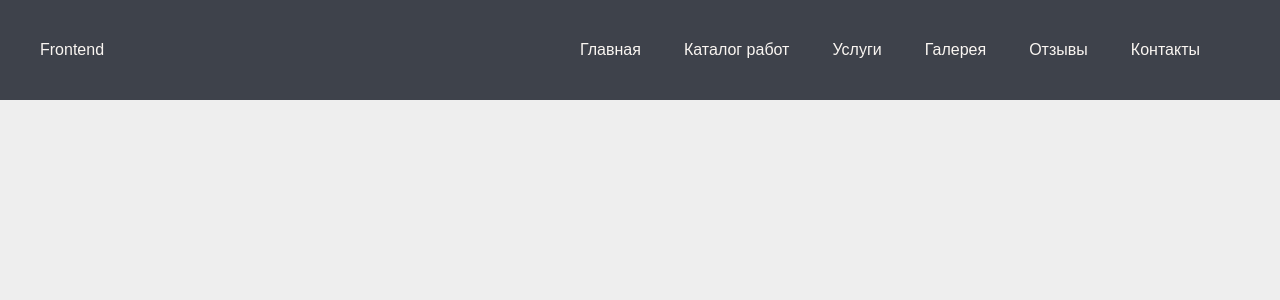
Repository: mnats725/art-drop
Page: index.html
An editor plug-in stored every save of this project. The page is shown before and after a run of saves, followed by the edit.
The browser window is 1280 px wide. The pictures show the whole page.

Above is the page before, as saved 2024-05-20 19:47:49.

### index.html
<!DOCTYPE html>
<html lang="en">
<head>
    <meta charset="UTF-8">
    <meta http-equiv="X-UA-Compatible" content="IE=edge">
    <meta name="viewport" content="width=device-width, initial-scale=1.0">
    <link rel="icon" href="https://i.ibb.co/GP3dyzw/IMG-6199.jpg">
    <title>Frontend-кейс</title>
    <link rel="stylesheet" href="./css/style.css">
</head>
<body>
    <div class="wrapper">
        <header class="header">
            <!-- Шапка -->
            <div class="logo">
                <span>Frontend</span>
            </div>
            <!-- Меню сайта -->
            <nav class="nav">
                <ul>
                    <li>Главная</li>
                    <li>Каталог работ</li>
                    <li>Услуги</li>
                    <li>Галерея</li>
                    <li>Отзывы</li>
                    <li>Контакты</li>
                </ul>
            </nav>
            <!-- Иконка бургерменю -->
            <div class="burger">
                <span></span>
            </div>
        </header>
    </div>
    <script>
        document.querySelector('.burger').addEventListener('click', function() {
            this.classList.toggle('active');
            document.querySelector('.nav').classList.toggle('open');
        })
    </script>
</body>
</html>

### css/style.css
html, body {
    height: 100%;
    width: 100%;
}

body {
    display: flex;
    flex-direction: column;
    font-family: Arial, "Helvetica Neue", Helvetica, sans-serif;
    background-color: #eee;
}

*{
    padding: 0;
    margin: 0;
    box-sizing: border-box;
}

.wrapper{
    flex-grow: 1;
}

.open{
    display: flex !important;
}

.header{
    display: flex;
    align-items: center;
    justify-content: space-between;
    min-height: 100px;
    background-color: #3E424B;
    color: #FAF6F2;
    padding: 0 40px;
}


.nav{
    display: flex;
    width: 700px;
    padding: 0 40px;
}

.nav ul{
    width: 100%;
    list-style: none;
    display: flex;
    justify-content: space-between;
}

.burger{
    display: none;
    position: relative;
    z-index: 50;
    align-items: center;
    justify-content: flex-end;
    width: 30px;
    height: 18px;
}

.burger span{
    height: 2px;
    width: 80%;
    transform: scale(1);
    background-color: #FAF6F2;
}

.burger::before, .burger::after{
    content: '';
    position: absolute;
    height: 2px;
    width: 100%;
    background-color: #FAF6F2;
    transition: all 0.3s ease 0s;
}

.burger::before { top: 0 }

.burger::after { bottom: 0 }


/* Добавляем класс active для анимации иконки бургера */
.burger.active span { transform: scale(0) }

.burger.active::before{
    top: 50%;
    transform: rotate(-45deg) translate(0, -50%);
}

.burger.active::after{
    bottom: 50%;
    transform: rotate(45deg) translate(0, 50%);
}


/* При разрешении экрана 900px и ниже, выводим на экран иконку бургера */
@media (max-width: 900px) {

    .burger { display: flex }

    .nav{
        display: none;
        flex-direction: column;
        position: fixed;
        height: 100%;
        width: 100%;
        top: 0; bottom: 0; left: 0; right: 0;
        z-index: 50;
        overflow-y: auto;
        padding: 50px 40px;
        background-color: black;
        animation: burgerAnimation 0.4s;
    }

    .nav ul{
        flex-direction: column;
        row-gap: 30px;
    }
}

@keyframes burgerAnimation {
    from {opacity: 0}
    to {opacity: 1}
}

After the next 5 saves:
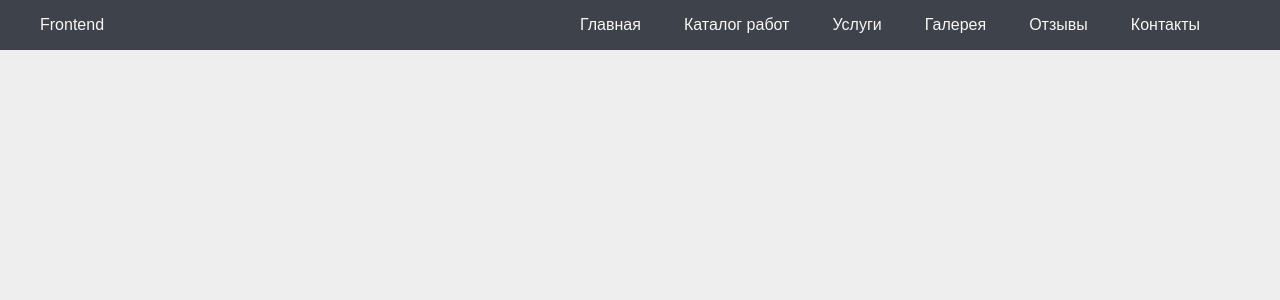
The 5 saves are shown as one change because they came seconds apart.
The last was saved 21 s later.
--- a/css/style.css
+++ b/css/style.css
@@ -28,7 +28,7 @@ body {
     display: flex;
     align-items: center;
     justify-content: space-between;
-    min-height: 100px;
+    min-height: 50px;
     background-color: #3E424B;
     color: #FAF6F2;
     padding: 0 40px;
